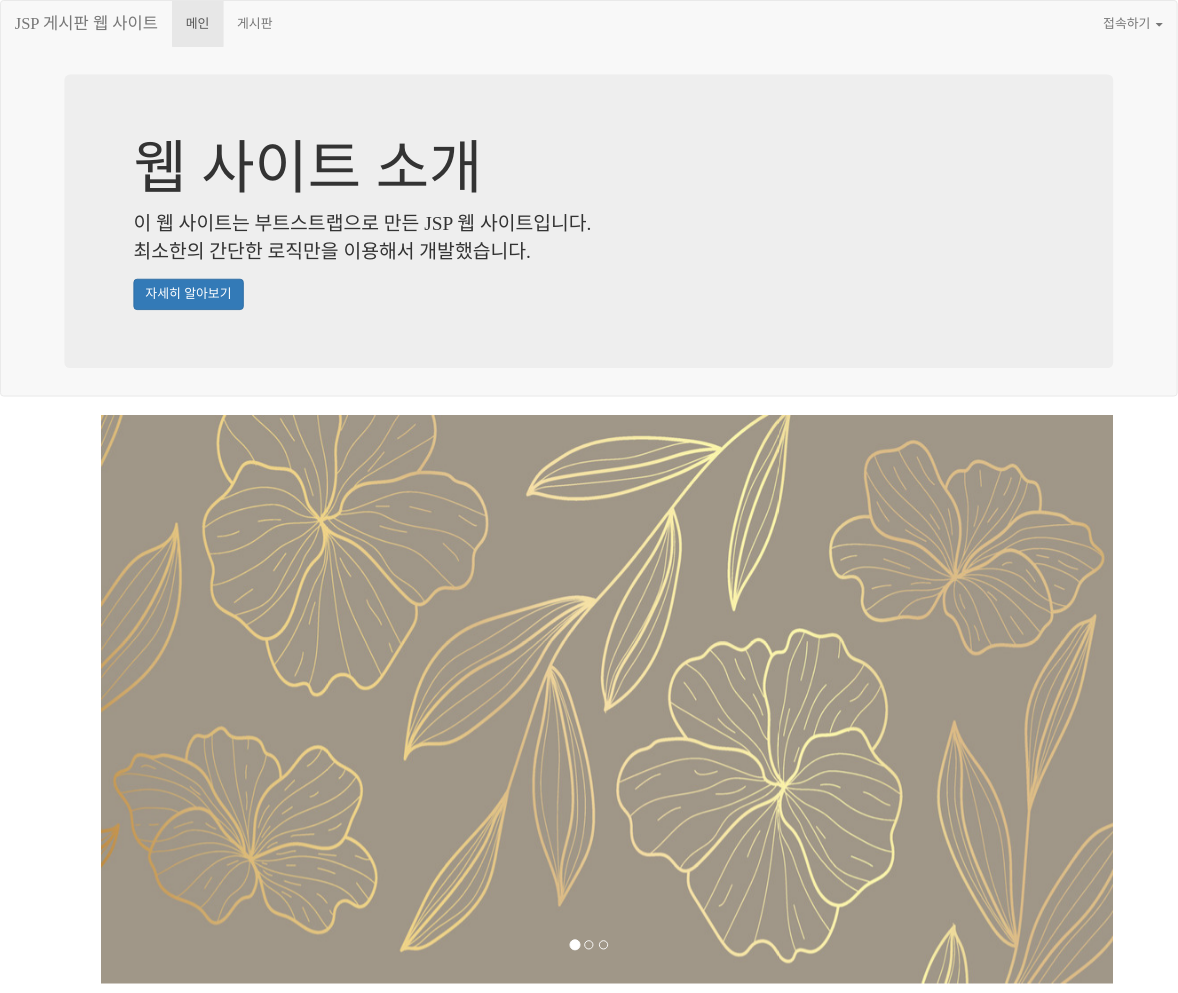
Repository: TheChok/BbsClone
Page: http://localhost/BBS/main.jsp
An editor plug-in stored every save of this project. The page is shown before and after the next save, followed by the edit.
The browser window is 1280 px wide. The pictures show the whole page, at 92% of full size.
Some web fonts or font styles are not loaded; a fallback is used. Some web libraries are served in a nearby version. The page is served by Tomcat 9. Other server files are loaded and not shown.

Above is the page before, as saved 2023-09-21 18:55:53.

### BBS/src/main/webapp/main.jsp
<%@ page language="java" contentType="text/html; charset=UTF-8" pageEncoding="UTF-8" %>
<%@ page import="java.io.PrintWriter" %>
<!DOCTYPE html>
<html>
<head>
	<meta http-equiv="Content-Type" content="text/html; charset=UTF-8">
	<meta name="viewport" content="width=device-width", initial-scale="1">
	<link rel="stylesheet" href="css/bootstrap.css">
	<link rel="stylesheet" href="css/custom.css">
	<title>JSP 게시판 웹 사이트</title>
</head>
<body>
	<%
		String userID = null;
		if(session.getAttribute("userID") != null) {
			userID = (String) session.getAttribute("userID");
		}
	%>
	<!-- navbar -->
	<nav class="navbar navbar-default">
		<div class="navbar-header">
			<button type="button" class="navbar-toggle"
				data-toggle="collapse" data-target="#bs-example-navbar-collapse-1"
				aria-expanded="false">
				<span class="icon-bar"></span>
				<span class="icon-bar"></span>
				<span class="icon-bar"></span>
			</button>
			<a class="navbar-brand" href="main.jsp">JSP 게시판 웹 사이트</a>
		</div>

		<div class="collapse navbar-collapse" id="bs-example-navbar-collapse-1">
			<ul class="nav navbar-nav">
				<li class='active'><a href="main.jsp">메인</a></li>
				<li><a href="bbs.jsp">게시판</a></li>
			</ul>

			<%
				if(userID == null) {
			%>
				<ul class="nav navbar-nav navbar-right">
					<li class="dropdown">
						<a href="#" class="dropdown-toggle"
							data-toggle="dropdown" role="button" aria-haspopup="true"
							aria-expanded="false">
							접속하기
							<span class="caret"></span>
						</a>
						<ul class="dropdown-menu">
							<li><a href="login.jsp">로그인</a></li>
							<li><a href="join.jsp">회원가입</a></li>
						</ul>
					</li>
				</ul>
			<%
				} else {
			%>
				<ul class="nav navbar-nav navbar-right">
					<li class="dropdown">
						<a href="#" class="dropdown-toggle"
							data-toggle="dropdown" role="button" aria-haspopup="true"
							aria-expanded="false">
							회원관리
							<span class="caret"></span>
						</a>
						<ul class="dropdown-menu">
							<li><a href="logoutAction.jsp">로그아웃</a></li>
						</ul>
					</li>
				</ul>
			<%
				}
			%>

			<div class="container"  style="margin-top:80px;">
				<div class="jumbotron">
					<div class="container">
						<h1>웹 사이트 소개</h1>
						<p>
							이 웹 사이트는 부트스트랩으로 만든 JSP 웹 사이트입니다.<br/>
							최소한의 간단한 로직만을 이용해서 개발했습니다.
						</p>
						<p><a class="btn btn-primary btn-pull" href="#" role="button">자세히 알아보기</a></p>
					</div>
				</div>
			</div>
		</div>
	</nav>
	<!-- End - navbar -->

	<!-- carousel -->
	<div class="container">
		<div id="myCarousel" class="carousel" date-ride="carousel">
			<ol class="carousel-indicators">
				<li data-target="#myCarousel" date-slide-to="0" class="active"></li>
				<li data-target="#myCarousel" date-slide-to="1"></li>
				<li data-target="#myCarousel" date-slide-to="2"></li>
			</ol>
			<ol class="carousel-inner">
				<div class="item active">
					<img src="images/1.jpg" />
				</div>
				<div class="item">
					<img src="images/2.jpg" />
				</div>
				<div class="item">
					<img src="images/3.jpg" />
				</div>
			</ol>
		</div>
	</div>

	<script src="https://code.jquery.com/jquery-3.1.1.min.js"></script>
	<script src="js/bootstrap.js"></script>
</body>
</html>

### BBS/src/main/webapp/css/custom.css
@import url(http://fonts.googleapis.com/earlyaccess/nanumgothic.css);
@import url(http://fonts.googleapis.com/earlyaccess/hanna.css);

* {
	font-family : 'Nanum Gothic';
}
h1 {
	font-family : 'Hanna';
}

Loaded but not shown: BBS/src/main/webapp/css/bootstrap.css (library); BBS/src/main/webapp/js/bootstrap.js (library)

After the next save:
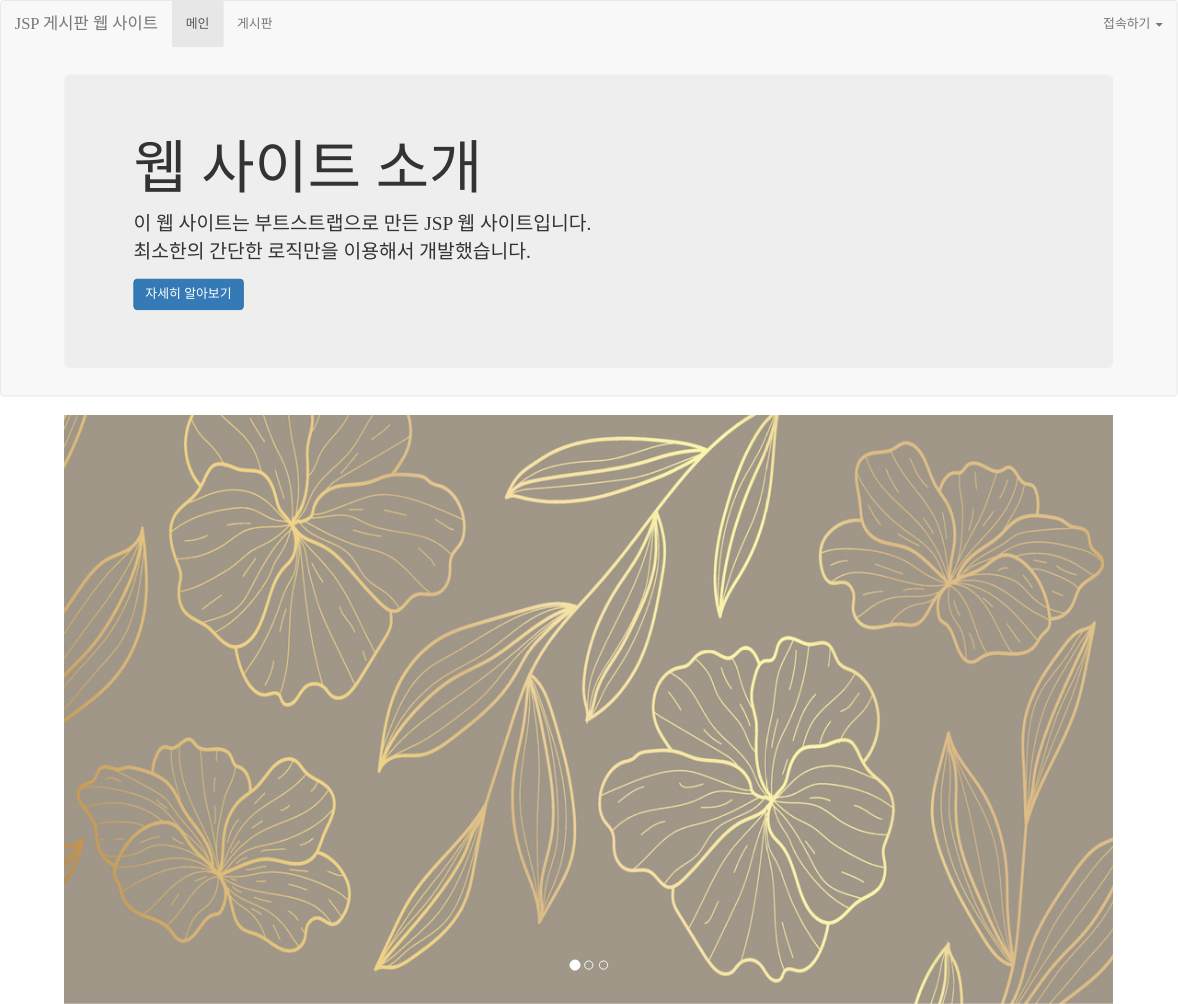
Saved 13 s later.
--- a/BBS/src/main/webapp/main.jsp
+++ b/BBS/src/main/webapp/main.jsp
@@ -96,7 +96,7 @@
 				<li data-target="#myCarousel" date-slide-to="1"></li>
 				<li data-target="#myCarousel" date-slide-to="2"></li>
 			</ol>
-			<ol class="carousel-inner">
+			<div class="carousel-inner">
 				<div class="item active">
 					<img src="images/1.jpg" />
 				</div>
@@ -106,7 +106,7 @@
 				<div class="item">
 					<img src="images/3.jpg" />
 				</div>
-			</ol>
+			</div>
 		</div>
 	</div>
 

After the 2 saves that followed:
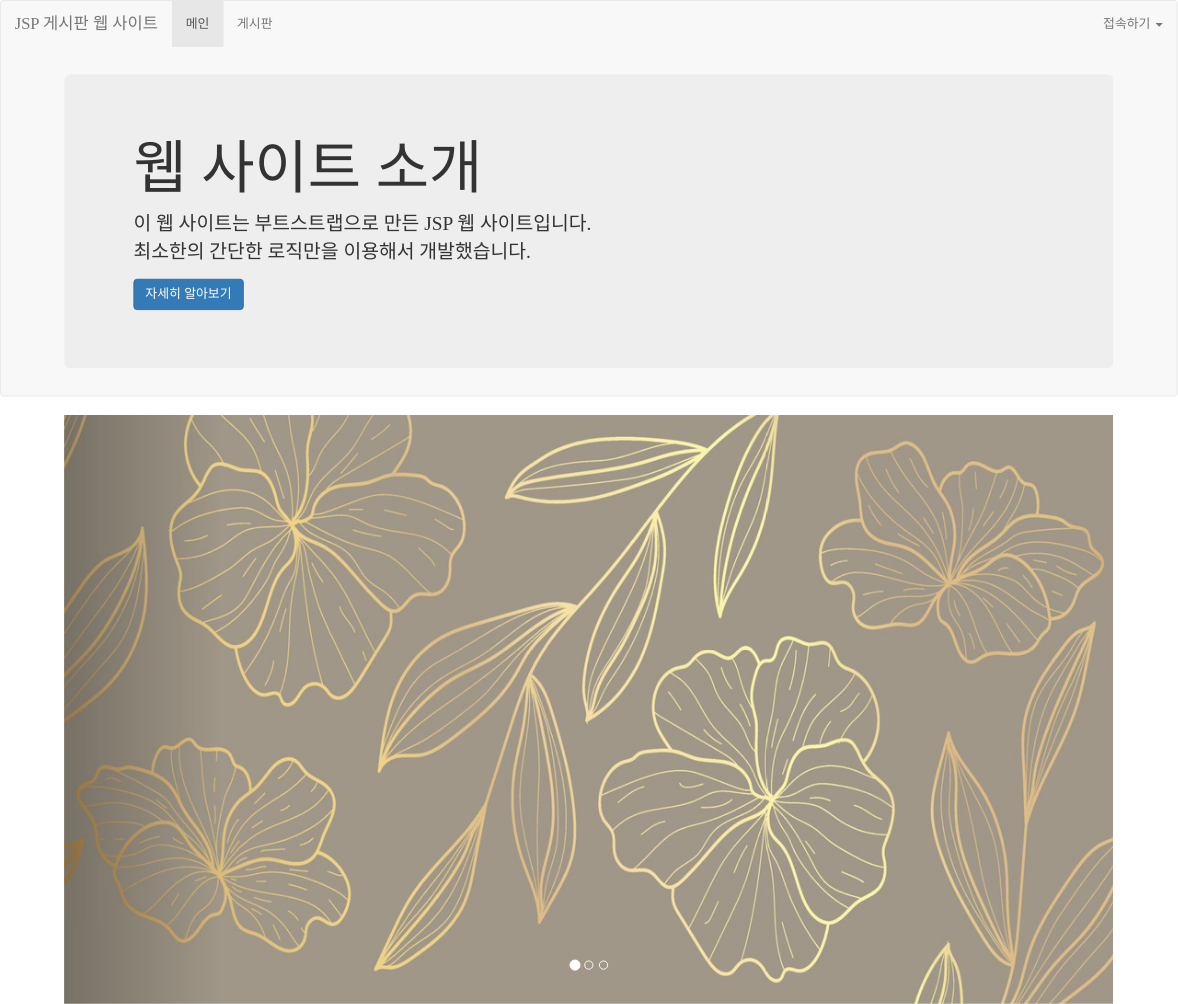
The 2 saves are shown as one change because 1 left the picture as it was.
The last was saved 95 s later.
--- a/BBS/src/main/webapp/main.jsp
+++ b/BBS/src/main/webapp/main.jsp
@@ -107,6 +107,9 @@
 					<img src="images/3.jpg" />
 				</div>
 			</div>
+			<a class="left carousel-control" href="#myCarousel" data-slide="prev">
+				<span class="glyphicon-chevron-left"></span>
+			</a>
 		</div>
 	</div>
 
